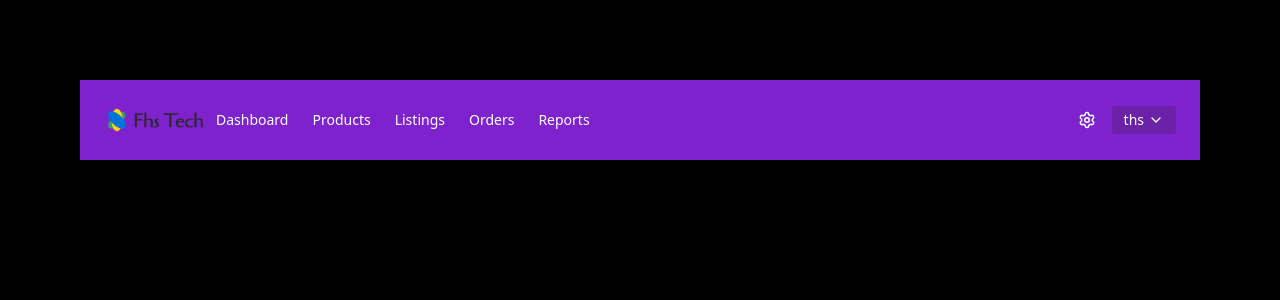
Repository: gofaiz23-dotcom/fhs_tech_frontend
Page: /
These files come from the project's save history. The page is drawn as it stood at one moment and after the next save; the edit follows.
The browser window is 1280 px wide. The pictures show the whole page.
The project was rebuilt for these pictures with package versions that can differ from the ones it lists, and the page was loaded fresh each time. The framework's server and built-in components were replaced by stand-ins that run in the browser. Also part of the build but not shown: next.config.ts.

Above is the page before, as saved 2025-09-30 18:59:31.

### app/layout.tsx
import type { Metadata } from "next";
import { Geist, Geist_Mono } from "next/font/google";
import "./globals.css";
// import '../styles/globals.css';

const geistSans = Geist({
  variable: "--font-geist-sans",
  subsets: ["latin"],
});

const geistMono = Geist_Mono({
  variable: "--font-geist-mono",
  subsets: ["latin"],
});

export const metadata: Metadata = {
  title: "FHS TECH",
  description: "",
};

export default function RootLayout({
  children,
}: Readonly<{
  children: React.ReactNode;
}>) {
  return (
    <html lang="en">
      <body>
        <div>
          {children}
        </div>
      </body>
    </html>
  );
}

### app/page.tsx
'use cient'

import Image from "next/image";
import Dashboard_home from "./components/dashboard";
import Head from "next/head";
import Navbar from "./components/Navbar";
import Products from "./components/products";

export default function Home() {
  return (
    <div className="font-sans grid grid-rows-[20px_1fr_20px]  min-h-screen p-8 pb-20 gap-16 sm:p-20">
      <Navbar />
      <Products/>

    </div>
  );
}

### app/globals.css
@tailwind base;
@tailwind components;
@tailwind utilities;



body{
   padding: 0px;
  margin: 0px;
  background-color: #000;
}

### app/components/Navbar.tsx
// components/Navbar.tsx

'use client';

import {
  Settings,
  ChevronDown,
  } from 'lucide-react';
import Image from 'next/image';
import Link from 'next/link';

import Router from 'next/router';

export default function Navbar() {
  return (
    <nav className="bg-purple-700 text-white flex items-center justify-between px-6 py-10 shadow-md">
      {/* Left: Logo and Navigation */}
      <div className="flex items-center space-x-3">
        <div className="tracking-wide">
            <a href="/">
            <Image src="/fhs-tech-logo.png" alt='brand logo' width={100} height={100} ></Image></a>
        </div>


        <ul className="hidden md:flex space-x-6 ml-10 text-sm font-medium">
          <Link href='/dashboard' className="hover:underline">Dashboard </Link>
          <Link href='/Products' className="hover:underline">Products </Link>
          <Link href='/Listing' className="hover:underline">Listings </Link>
          <Link href='/Orders' className="hover:underline">Orders </Link>
          <Link href='/Reports' className="hover:underline">Reports </Link>
        </ul>
      </div>

      {/* Right: Settings Icon + User */}
      <div className="flex items-center space-x-4">
        <button className="hover:text-gray-200 transition">
          <Settings size={18} strokeWidth={2} />
        </button>

        <div className="flex items-center bg-purple-800 px-3 py-1 rounded text-sm font-medium cursor-pointer hover:bg-purple-900 transition">
          ths
          <ChevronDown size={16} className="ml-1" />
        </div>
      </div>
    </nav>
  );
}

### app/components/products.tsx
import React from 'react'

const Products = () => {
    return (
        <div>
            <h1 text-white>Products </h1>
        </div>
    )
}

export default Products

### tailwind.config.js
/** @type {import('tailwindcss').Config} */
module.exports = {
 content: [
    './pages/**/*.{js,ts,jsx,tsx}',
    './components/**/*.{js,ts,jsx,tsx}',
    './app/**/*.{js,ts,jsx,tsx}', // if using app directory
  ],
  theme: {
    extend: {},
  },
  plugins: [],
}

After the next save:
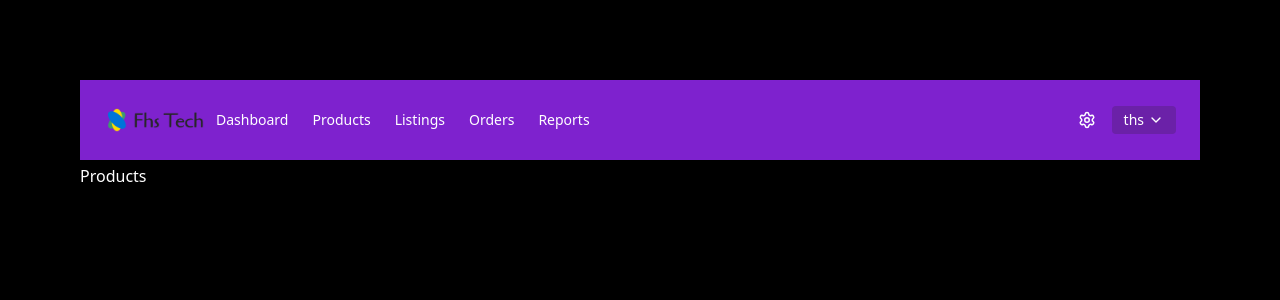
Saved 18 s later.
--- a/app/components/products.tsx
+++ b/app/components/products.tsx
@@ -3,7 +3,7 @@ import React from 'react'
 const Products = () => {
     return (
         <div>
-            <h1 text-white>Products </h1>
+            <h1 className='text-white'>Products </h1>
         </div>
     )
 }
